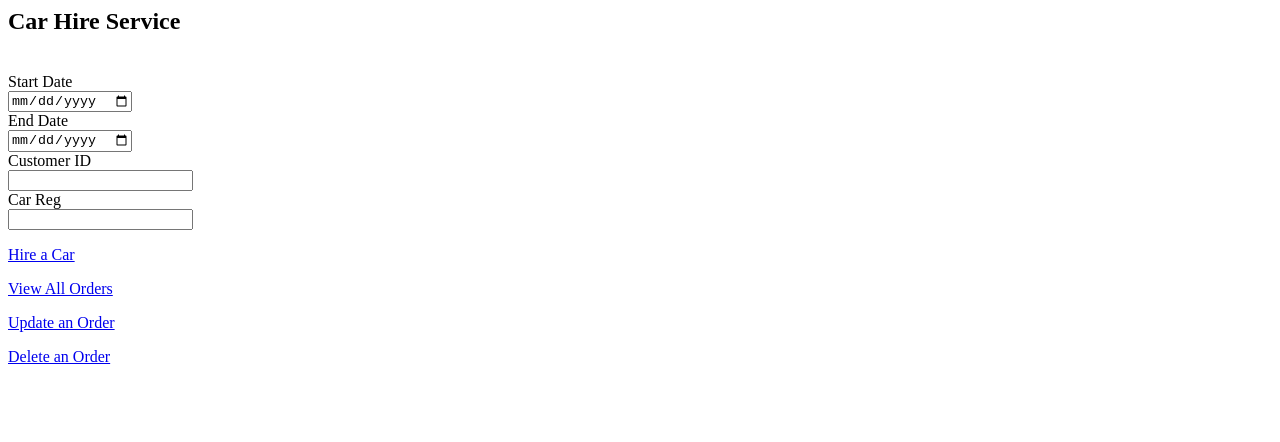
Repository: BrianD147/4th-Year-Project-Distributed-Systems
Page: http://localhost/REST/
An editor plug-in stored every save of this project. The page is shown before and after the next save, followed by the edit.
The browser window is 1280 px wide. The pictures show the whole page.
The page is served by Tomcat 9. Other server files are loaded and not shown.

Above is the page before, as saved 2018-12-09 13:08:36.

### REST/src/main/webapp/index.jsp
<html>
<body>
    <h2>Car Hire Service</h2>
    <form action="NewOrder" method="post">
    	<br/> Start Date <br/>
    	<input type="date" name="startDate">
    	<br/> End Date <br/>
	    <input type="date" name="endDate">
	    <br/> Customer ID <br/>
	    <input type="number" name="custID">
	    <br/> Car Reg <br/>
	    <input type="text" name="carReg">
    </form>

    <p><a href="webapi/myresource/write">Hire a Car</a>
    <p><a href="webapi/myresource/read">View All Orders</a>
    <p><a href="webapi/myresource">Update an Order</a>
    <p><a href="webapi/myresource/delete">Delete an Order</a>
</body>
</html>

After the next save:
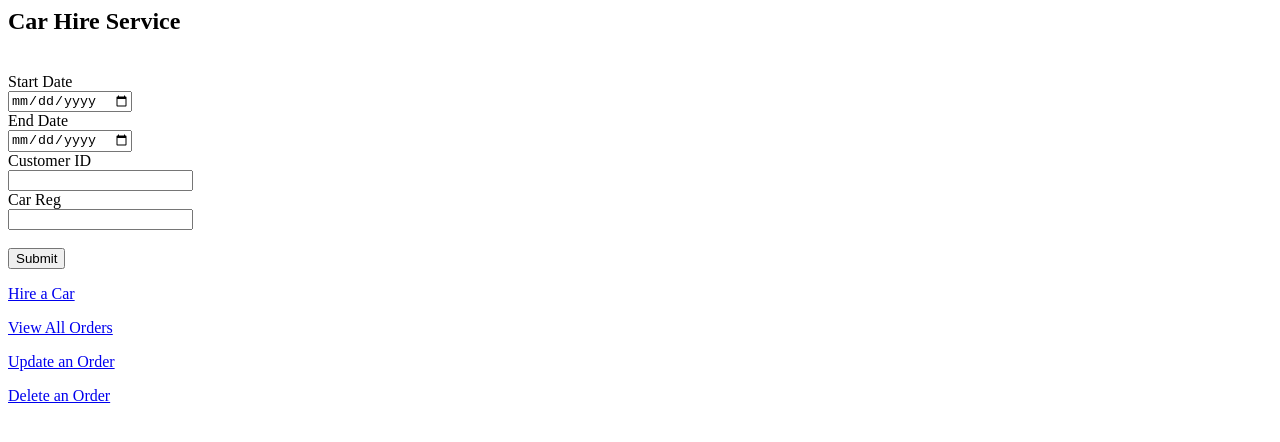
Saved 6 min 6 s later.
--- a/REST/src/main/webapp/index.jsp
+++ b/REST/src/main/webapp/index.jsp
@@ -10,6 +10,8 @@
 	    <input type="number" name="custID">
 	    <br/> Car Reg <br/>
 	    <input type="text" name="carReg">
+	    <br/><br/>
+	    <input type="submit" value="Submit">
     </form>
 
     <p><a href="webapi/myresource/write">Hire a Car</a>
